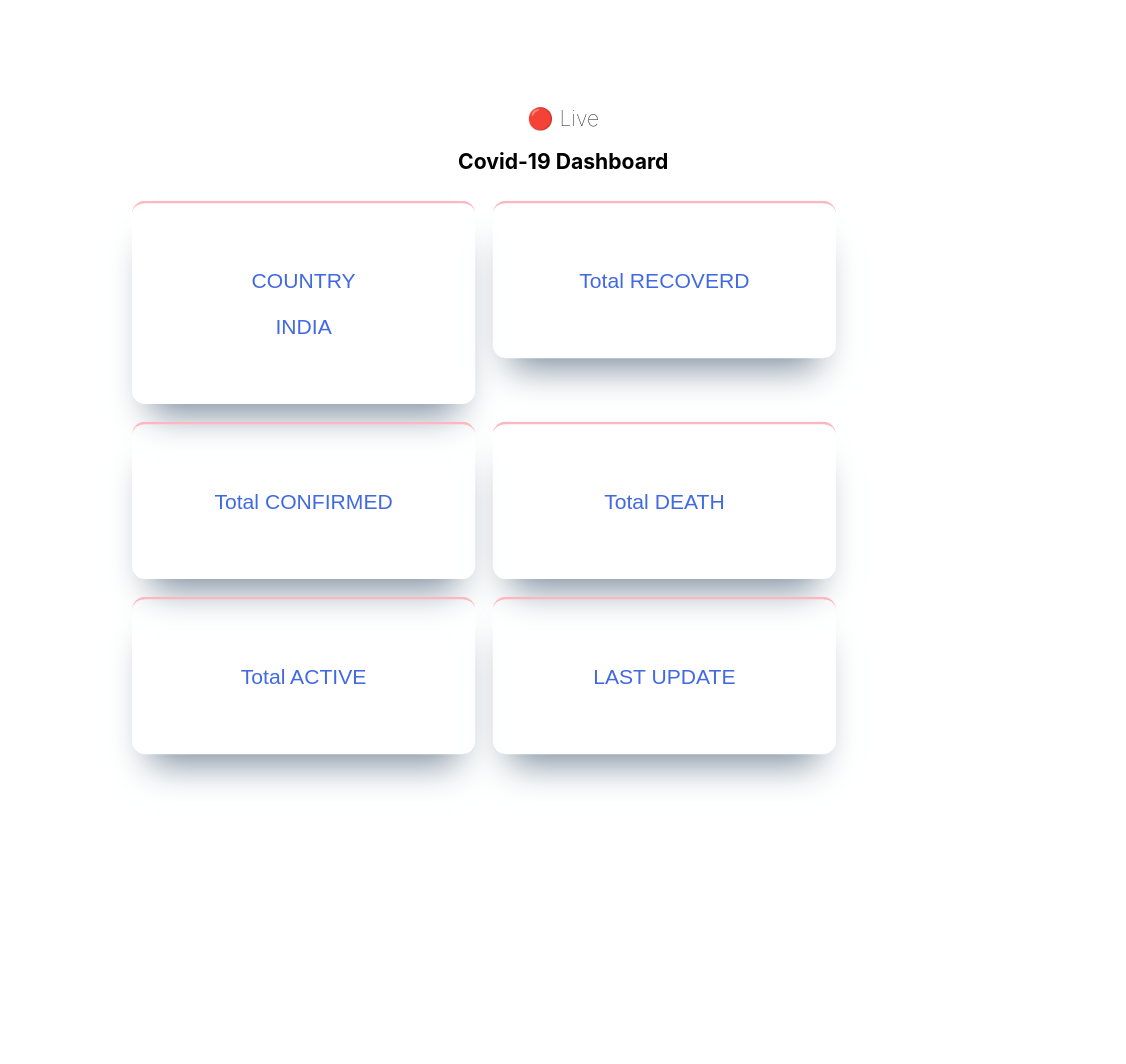
Repository: Aniketlamage/covid19-dashboard
Page: /
These files come from the project's save history. The page is drawn as it stood at one moment and after the next save; the edit follows.
The browser window is 1280 px wide. The pictures show the whole page, at 88% of full size.
The page's requests for data from a server got no answer. The project was rebuilt for these pictures with package versions that can differ from the ones it lists, and the page was loaded fresh each time. No one was signed in, and anything a server would have sent is missing.

Above is the page before, as saved 2021-09-30 21:31:27.

### src/App.js
import React from 'react'
import Covid from './components/covid';
const App = () => {
return(
<>
<Covid />
</>
)
}

export default App;

### src/components/covid.js
import React, { useEffect, useState } from 'react'
import "./covid.css"

const Covid = () => {
    const [data, setData] =  useState([]);
    const getCovidData = async () =>{
        try{
            const res = await fetch('https://data.covid19india.org/data.json')
            const actualData = await res.json();
            console.log(actualData.statewise[0]);
            setData(actualData.statewise[0]);
           }
        catch(err){console.log(err);}
    }

    useEffect(() => {
        getCovidData ();
    }, []);
return(

<>
<section>

    <h1>🔴 Live </h1>
    <h2>Covid-19 Dashboard</h2>

<ul>
    <li className = "card">
        <div className ="card__main">
            <div className ="card__inner">
                <p className="card__name"> COUNTRY </p>
                <p classname="card__total card__small">INDIA</p>
            </div>
        </div>
    </li>
    <li className = "card">
        <div className ="card__main">
            <div className ="card__inner">
                <p className="card__name"><span> Total </span> RECOVERD </p>
                <p classname="card__total card__small">{data.recovered}</p>
            </div>
        </div>
    </li><li className = "card">
        <div className ="card__main">
            <div className ="card__inner">
                <p className="card__name"><span> Total </span> CONFIRMED </p>
                <p classname="card__total card__small">{data.confirmed}</p>
            </div>
        </div>
    </li><li className = "card">
        <div className ="card__main">
            <div className ="card__inner">
                <p className="card__name"><span> Total </span> DEATH </p>
                <p classname="card__total card__small">{data.deaths}</p>
            </div>
        </div>
    </li><li className = "card">
        <div className ="card__main">
            <div className ="card__inner">
                <p className="card__name"><span> Total </span> ACTIVE </p>
                <p classname="card__total card__small">{data.active}</p>
            </div>
        </div>
    </li><li className = "card">
        <div className ="card__main">
            <div className ="card__inner">
                <p className="card__name"><span> LAST </span> UPDATE </p>
                <p classname="card__total card__small">{ data.lastupdatedtime}</p>
            </div>
        </div>
    </li>
</ul>
</section>
</>

)

}
export default Covid;

### src/components/covid.css


.main,body {
    background-color: white;
    padding: 100px;
    text-align: center;
    min-height: 100ch;
    align-items: center;

}

h1{
    font-weight: 100;
}

p {
    color: royalblue;
    font-weight: 500;
    font: 1.5em sans-serif;
    font-family: 'Poppins', sans-serif;

}

ul{
    list-style-type:none;
    display: flex;
    flex-wrap: wrap;
}
div.card__main{
    /*background-color: white;*/

    border-radius: 15px;
    border-top: lightpink solid;
    width: 290px;
    padding: 50px;
    margin: 10px;
    align-items: center;
    cursor: pointer;
    box-shadow: 0px 30px 40px -20px lightslategray;
 }



.card_name{
    font-size: 25px;
    font-weight: bold;
}

.card_name span {
    font-size: 15px;
}

.card_total {

    font-size: 20px;
    font-weight: bold;

}
.card__small {
    font-size: 80px;
}
@media (max-width: 500px)
{
    .card_total{font-size: 70px;}
}
@media (max-width: 500px)
{
    .card{
        width: 100%;
        height: 290px;
        margin-right: 0;
        float: none;
    }
    .card .card__inner,
    .card .card__back{
        height: 290px;
    }
}

.card {
    transition: transform .3s;
  }

  .card :hover {
    transition: transform .3s;
    -ms-transform: scale(1.2);
    -webkit-transform: scale(1.2);
    transform: scale(1.2);
  }

Loaded but not shown: public/index.html (common file); src/index.js (common file); src/index.css (common file); src/reportWebVitals.js (common file)

After the next save:
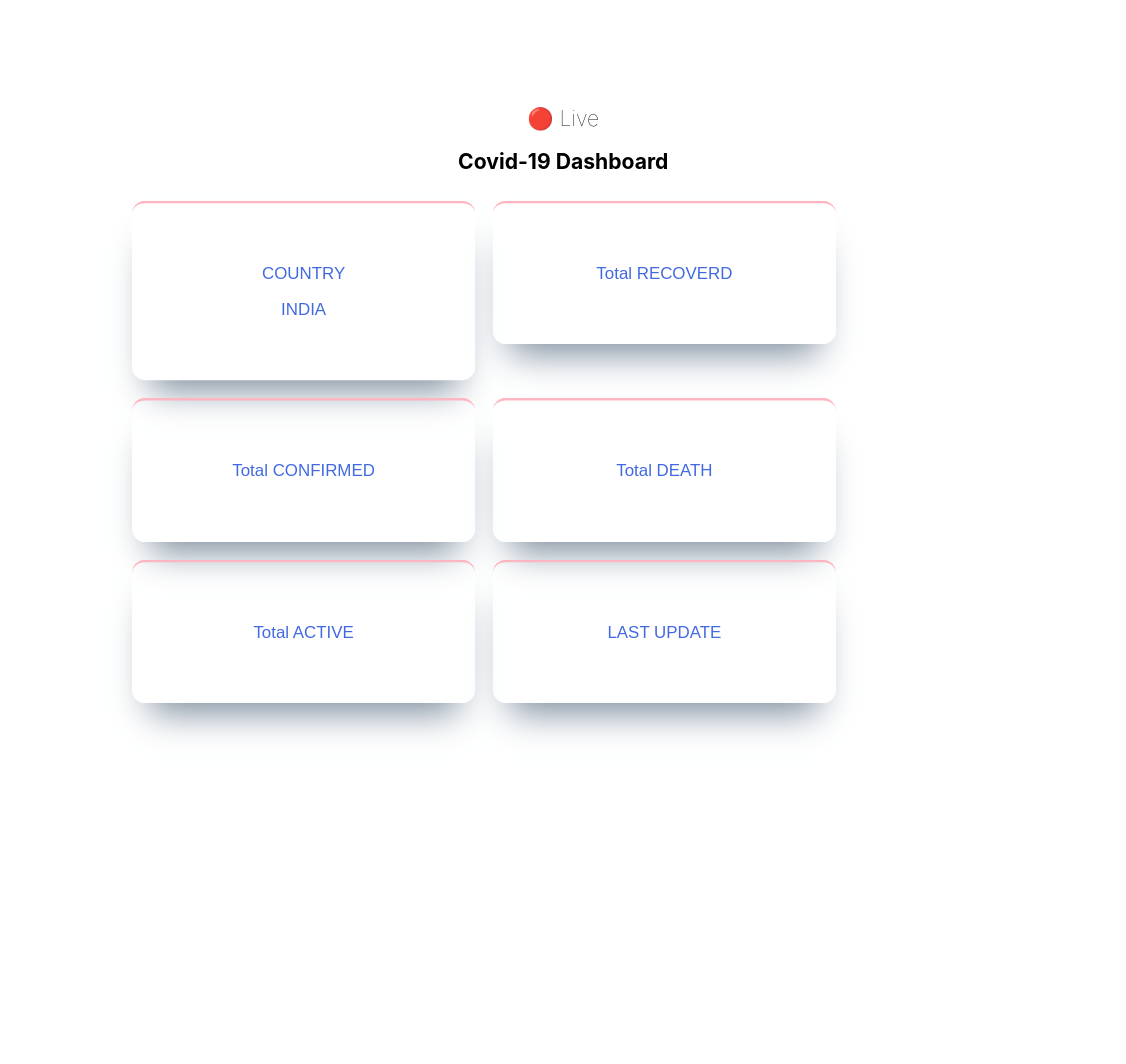
Saved 11 s later.
--- a/src/components/covid.css
+++ b/src/components/covid.css
@@ -16,7 +16,7 @@ h1{
 p {
     color: royalblue;
     font-weight: 500;
-    font: 1.5em sans-serif;
+    font: 1.2em sans-serif;
     font-family: 'Poppins', sans-serif;
 
 }
